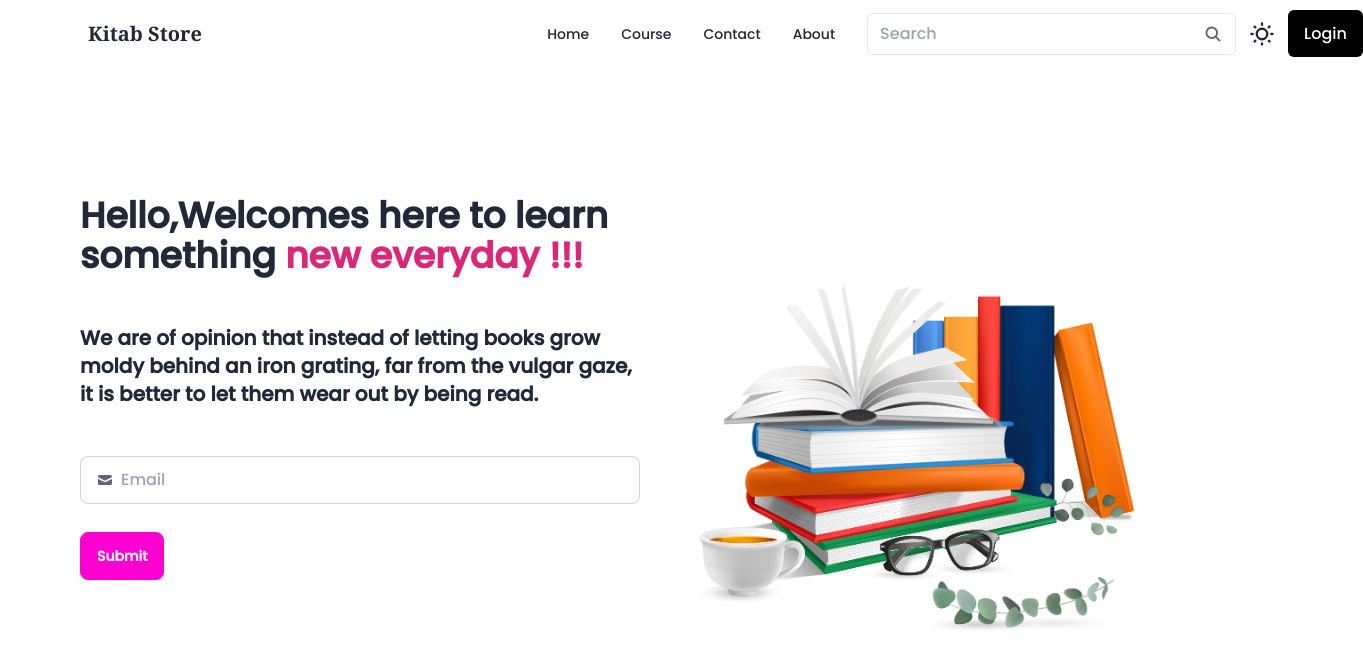
Repository: diensy/Kitab.com
Page: / (app in Frontend/)
The author's editor kept a copy of each file at every save. The page is drawn from the files as they stood at one save, then again after a run of saves.
The browser window is 1280 px wide. The page is 1363 px wide, so the pictures cover 1363 px, including what lies to the right of the window. The pictures show the whole page.
The project was rebuilt for these pictures with package versions that can differ from the ones it lists, and the page was loaded fresh each time. Also part of the build but not shown: Frontend/vite.config.js.

Above is the page before, as saved 2024-07-28 23:48:37.

After the next 2 saves:
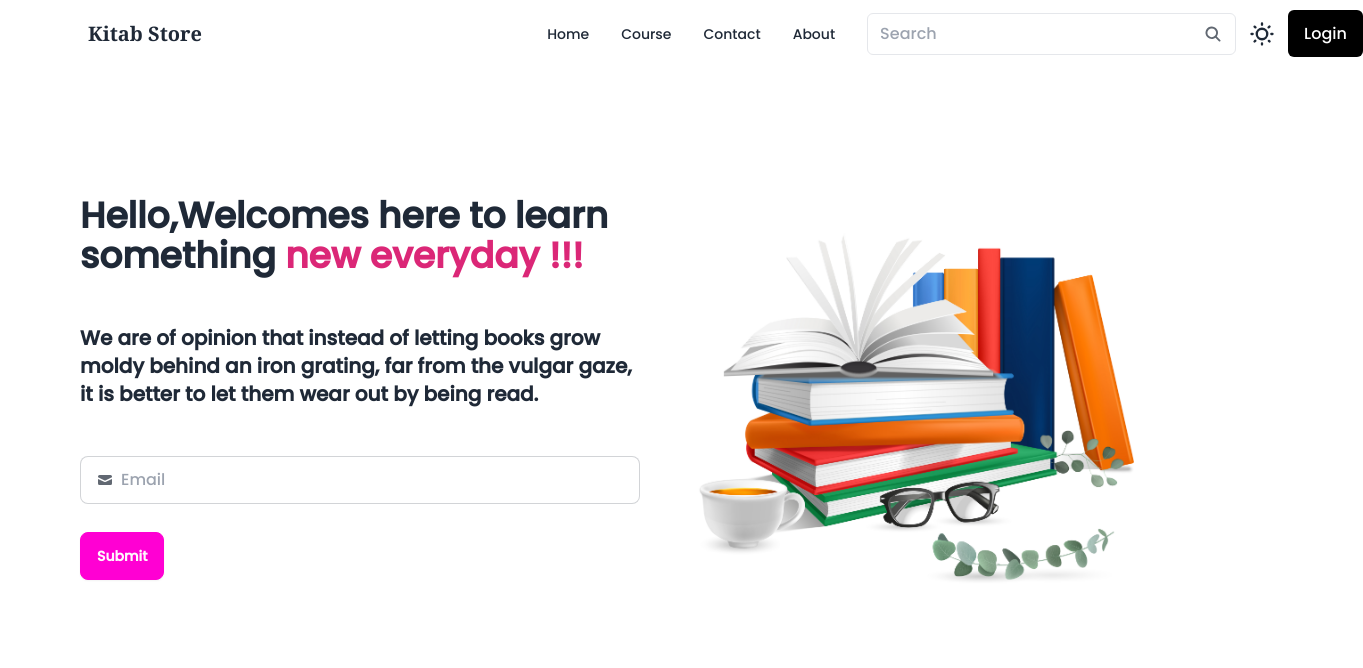
The 2 saves are shown as one change because they came seconds apart.
The last was saved 9 s later.
--- a/Frontend/src/Components/Banner.jsx
+++ b/Frontend/src/Components/Banner.jsx
@@ -34,7 +34,7 @@ const Banner = () => {
           <img
             src="public/Banner.jpg"
             alt="Books"
-            className="w-200 h-200 mt-32"
+            className="w-200 h-200 mt-20"
           />
         </div>
       </div>
